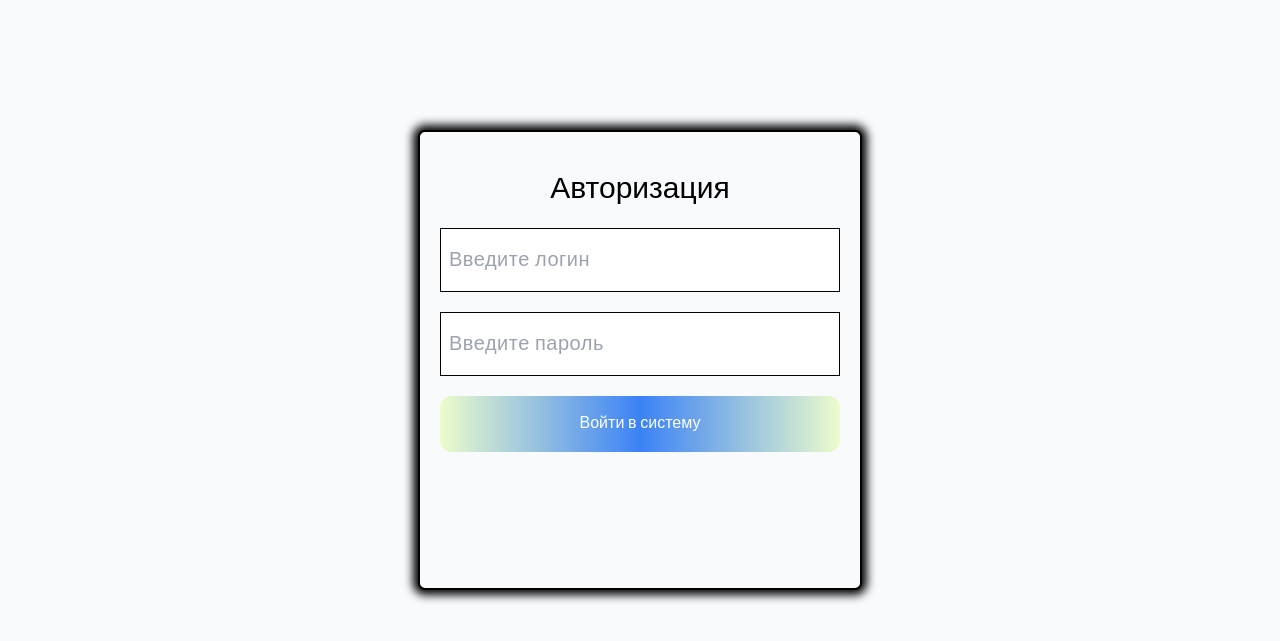
Repository: AlearvickOne/CartridgesApp
Page: /
An editor plug-in stored every save of this project. The page is shown before and after the next save, followed by the edit.
The browser window is 1280 px wide. The pictures show the whole page.
The page's requests for data from a server got no answer. The project was rebuilt for these pictures with package versions that can differ from the ones it lists, and the page was loaded fresh each time. The framework's server and built-in components were replaced by stand-ins that run in the browser. No one was signed in, and anything a server would have sent is missing. Also part of the build but not shown: next.config.mjs.

Above is the page before, as saved 2024-04-19 15:59:25.

### src/app/layout.tsx
import type { Metadata } from "next";
import { Catamaran } from "next/font/google";
import "./globals.scss";
import { AuthProvider } from "@/Providers/AuthProvider";
import { QueryProvider } from "@/Providers/QueryProvider";

const catamaran = Catamaran({ subsets: ["latin"], weight: ["100", "200", "400", "900"] });

export const metadata: Metadata = {
  title: "Cartridge App",
  description: "Application cartridge",
};

export default function RootLayout({
  children,
}: Readonly<{
  children: React.ReactNode;
}>) {
  return (
    <html lang="en">
      <body className={catamaran.className}>
        <QueryProvider>
          <AuthProvider>{children}</AuthProvider>
        </QueryProvider>
      </body>
    </html>
  );
}

### src/app/page.tsx
import { redirect } from "next/navigation";
import AuthorizationPage from "../components/AuthorizationPage";
import { auth, signIn } from "./api/auth/configs/auth";
import { FormEventHandler } from "react";
import { SignInError } from "@auth/core/errors";
import { AuthError } from "next-auth";
import { unknown } from "zod";

export default async function Home() {
  const session = await auth();

  const handleSubmit = async (
    login: FormDataEntryValue | null,
    password: FormDataEntryValue | null
  ) => {
    "use server";

    try {
      await signIn("credentials", {
        login: login,
        password: password,
        redirectTo: "/lobby",
      });
    } catch (error) {
      if (error instanceof AuthError) {
        switch (error.type) {
          case "CredentialsSignin":
            return "Неверный логин или пароль";
          default:
            return "Not found error";
        }
      }
      throw error;
    }
  };

  return (
    <div>
      <AuthorizationPage handleSubmit={handleSubmit} />
    </div>
  );
}

### src/Providers/AuthProvider.tsx
"use client";

import { SessionProvider } from "next-auth/react";
import { PropsWithChildren } from "react";

export const AuthProvider = ({ children }: PropsWithChildren) => {
  return <SessionProvider>{children}</SessionProvider>;
};

### src/Providers/QueryProvider.tsx
"use client";

import { QueryClient, QueryClientProvider } from "@tanstack/react-query";
import { PropsWithChildren } from "react";

const queryClient = new QueryClient();

export function QueryProvider({ children }: PropsWithChildren) {
  return <QueryClientProvider client={queryClient}>{children}</QueryClientProvider>;
}

### src/components/AuthorizationPage.tsx
"use client";
import styles from "@/styles/home/Home.module.scss";
import { useSession } from "next-auth/react";
import Image from "next/image";
import { useRouter } from "next/navigation";
import { useEffect, useState } from "react";
import SyncIcon from "@mui/icons-material/Sync";

interface ISession {
  handleSubmit: (login: FormDataEntryValue | null, password: FormDataEntryValue | null) => void;
}

function AuthorizationPage({ handleSubmit }: ISession) {
  const [isClick, setIsClick] = useState<boolean>(false);
  const [errorMessage, setErrorMessage] = useState<string | unknown>("");

  const session = useSession();
  console.log(isClick);

  return (
    <main className={styles.authContainer}>
      <div className={styles.authForm_wrapper}>
        <h1 className="mb-5 text-center text-xl">Авторизация</h1>
        <form
          action={async (formData) => {
            const res = await handleSubmit(formData.get("login"), formData.get("password"));
            typeof res !== "undefined" ? setIsClick(false) : setIsClick(true);
            setErrorMessage(res);
          }}
          className={styles.authForm}
        >
          <input type="text" name="login" placeholder="Введите логин" />
          <input type="password" name="password" placeholder="Введите пароль" />
          <button type="submit" onClick={() => setIsClick(true)}>
            {isClick ? <SyncIcon className="animate-spin" /> : "Войти в систему"}
          </button>

          {isClick ? (
            <></>
          ) : (
            <p className="mt-5 text-center text-rose-800 text-xl">{errorMessage as string}</p>
          )}
        </form>
      </div>
    </main>
  );
}

export default AuthorizationPage;

### src/app/api/auth/configs/auth.ts
import NextAuth from "next-auth";
import CredentialsProvider from "next-auth/providers/credentials";
import { UsersAuthStore } from "@/stores/usersStore";
import { IUsersAuth } from "@/types/auth.interface";
import { Provider } from "next-auth/providers";
import { signInSchema } from "../utils/zod";
import { ZodError } from "zod";

const providers: Provider[] = [
  CredentialsProvider({
    credentials: {
      login: { label: "text", type: "text" },
    },
    authorize: async (credentials) => {
      try {
        const { login, password } = await signInSchema.parseAsync(credentials);

        await UsersAuthStore.getAuthUsersActon();
        const user = UsersAuthStore.usersAuth.find((person) => {
          if (person?.login === login && person.password === password) return person;
        });

        if (!user) {
          throw Error("user not found");
        }

        return user as IUsersAuth;
      } catch (error) {
        if (error instanceof ZodError) return null;
        return null;
      }
    },
  }),
];

export const configAuth = {
  providers,
  // pages: { signIn: "/" },
  secret: process.env.AUTH_SECRET,
};

export const {
  auth,
  signIn,
  signOut,
  handlers: { GET, POST },
} = NextAuth(configAuth);

### src/styles/home/Home.module.scss
.authContainer {
  @apply flex justify-center items-center h-screen bg-slate-50 transition-all;

  .authForm_wrapper {
    @apply border-[2px] border-black rounded-[7px] py-10 px-5  bg-slate-50   text-black  shadow-upmd shadow-black;

    > h1 {
      @apply text-black text-3xl;
    }

    .authForm {
      @apply flex flex-col min-w-[25rem] min-h-[20rem];

      > input {
        @apply mb-5 px-2 text-xl tracking-wide outline-gray-900 border-[1px] border-black bg-white text-black w-full h-16;
      }

      > button {
        @apply p-2 rounded-xl hover:text-violet-200 text-white h-14 bg-gradient-to-r from-lime-100 via-blue-500 to-lime-100;
      }
    }
  }
}

### src/stores/usersStore.tsx
import { IUsersAuth } from "@/types/auth.interface";
import { RequiresClass } from "../services/requires.class";

import { observable, action, makeObservable } from "mobx";

class UsersStore {
  usersAuth: IUsersAuth[] = [];

  constructor() {
    makeObservable(this, {
      usersAuth: observable,
      getAuthUsersActon: action,
    });
  }

  getAuthUsersActon = async () => {
    try {
      const res = await RequiresClass.getUserAuthInfo();
      this.usersAuth = res.data;
    } catch (err) {
      console.warn(err);
    }
  };
}

export const UsersAuthStore = new UsersStore();

### src/app/api/auth/utils/zod.ts
import { object, string } from "zod";

export const signInSchema = object({
  login: string({ required_error: "login is required" })
    .min(1, "login is required")
    .max(20, "Длина логина должна составлять не более 20 символов"),
  password: string({ required_error: "Password is required" })
    .min(1, "Пароль должен быть больше")
    .max(20, "Пароль не должен быть больше 20 символов"),
});

### src/services/requires.class.ts
import { IUsersAuth } from "@/types/auth.interface";
import axios from "axios";

class Requires {
  private URL = "https://661e51d298427bbbef042f3e.mockapi.io/";

  async getUserAuthInfo() {
    return await axios.get<IUsersAuth[]>(`${this.URL}users`);
  }
}

export const RequiresClass = new Requires();

### tailwind.config.ts
import type { Config } from "tailwindcss";

const config: Config = {
  content: [
    "./src/pages/**/*.{js,ts,jsx,tsx,mdx}",
    "./src/components/**/*.{js,ts,jsx,tsx,mdx}",
    "./src/app/**/*.{js,ts,jsx,tsx,mdx}",
  ],
  theme: {
    extend: {
      boxShadow: {
        upmd: "0px 0px 10px 5px rgba(0, 0, 0, 0.3)",
      },
      backgroundImage: {
        "gradient-radial": "radial-gradient(var(--tw-gradient-stops))",
        "gradient-conic": "conic-gradient(from 180deg at 50% 50%, var(--tw-gradient-stops))",
      },
    },
  },
  plugins: [],
};
export default config;

Loaded but not shown: src/app/globals.scss (common file)

After the next save:
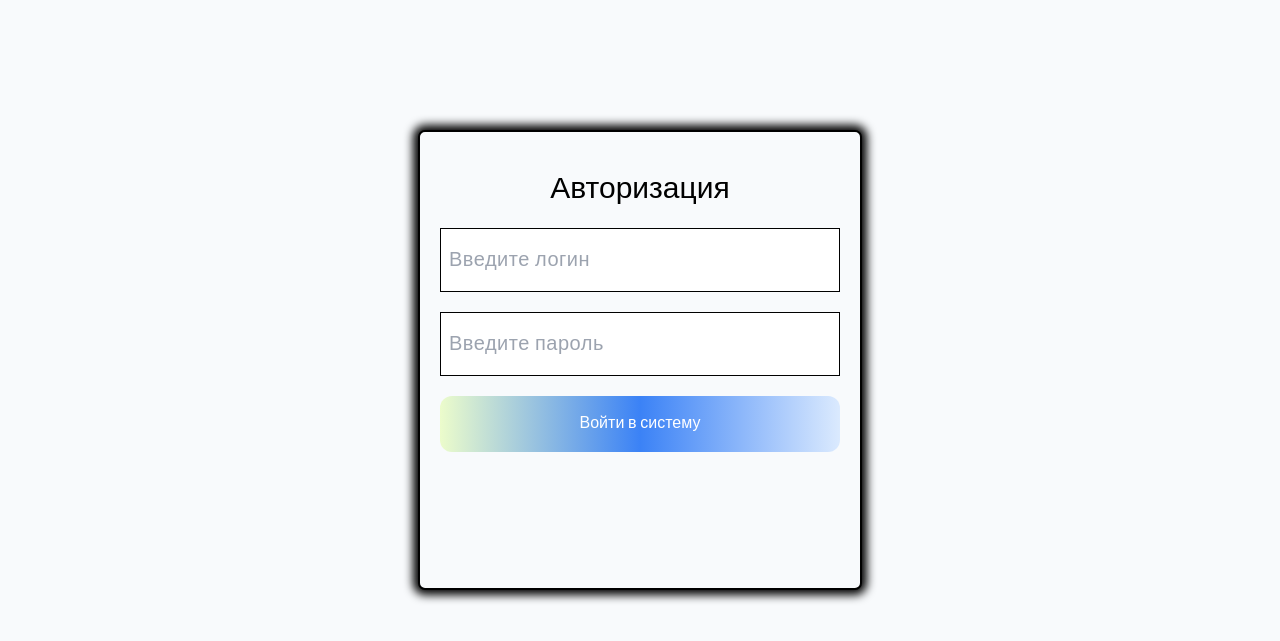
Saved 6 s later.
--- a/src/styles/home/Home.module.scss
+++ b/src/styles/home/Home.module.scss
@@ -16,7 +16,7 @@
       }
 
       > button {
-        @apply p-2 rounded-xl hover:text-violet-200 text-white h-14 bg-gradient-to-r from-lime-100 via-blue-500 to-lime-100;
+        @apply p-2 rounded-xl hover:text-violet-200 text-white h-14 bg-gradient-to-r from-lime-100 via-blue-500 to-blue-100;
       }
     }
   }
